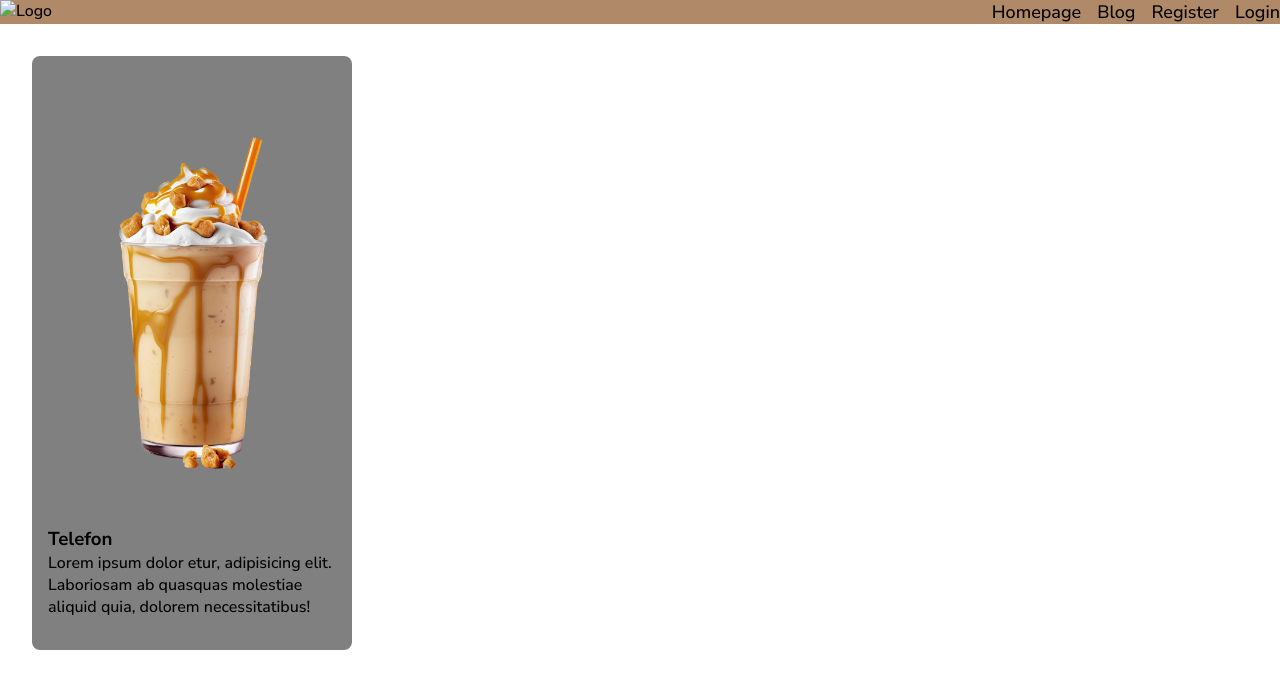
Repository: liviamucioniu/Coffee-Shop-Website
Page: index.html
The author's editor kept a copy of each file at every save. The page is drawn from the files as they stood at one save, then again after the next save.
The browser window is 1280 px wide. The pictures show the whole page.

Above is the page before, as saved 2023-10-20 16:57:32.

After the next save:
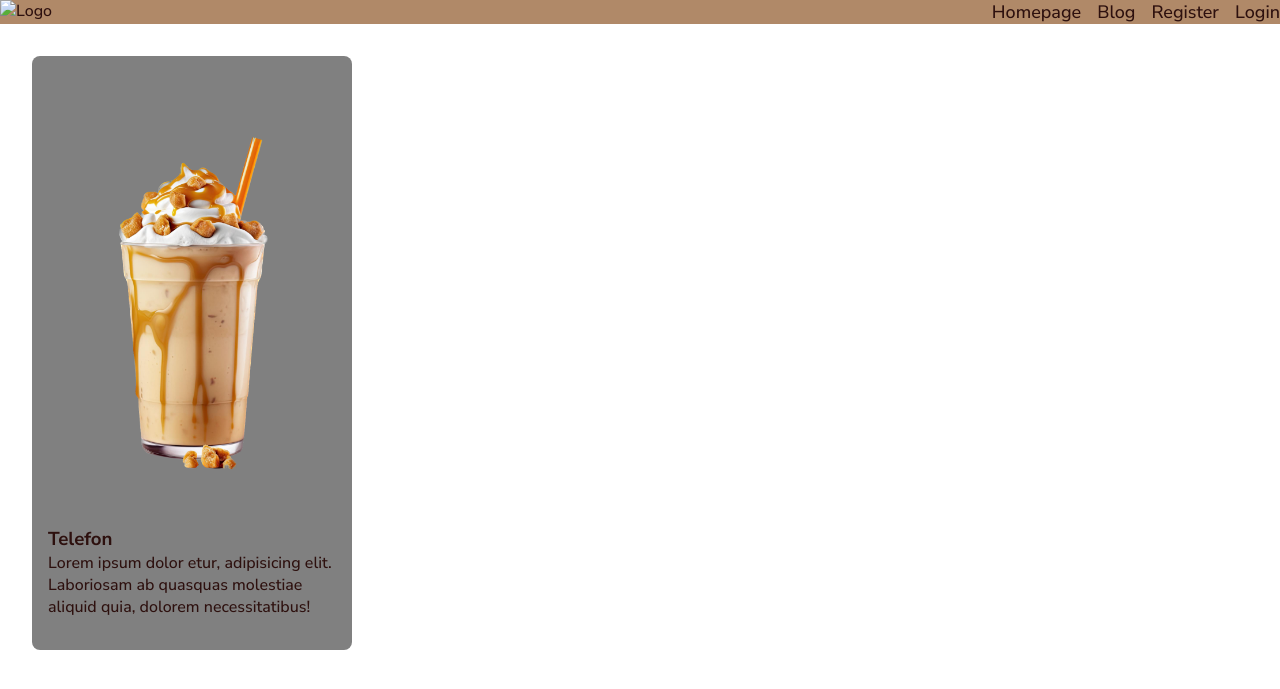
Saved 6 s later.
--- a/styles.css
+++ b/styles.css
@@ -21,7 +21,7 @@ html {
 }
 
 body {
-    color: var();
+    color: var(--color-dark);
     font-family: "Nunito Sans", sans-serif;
 }
 
